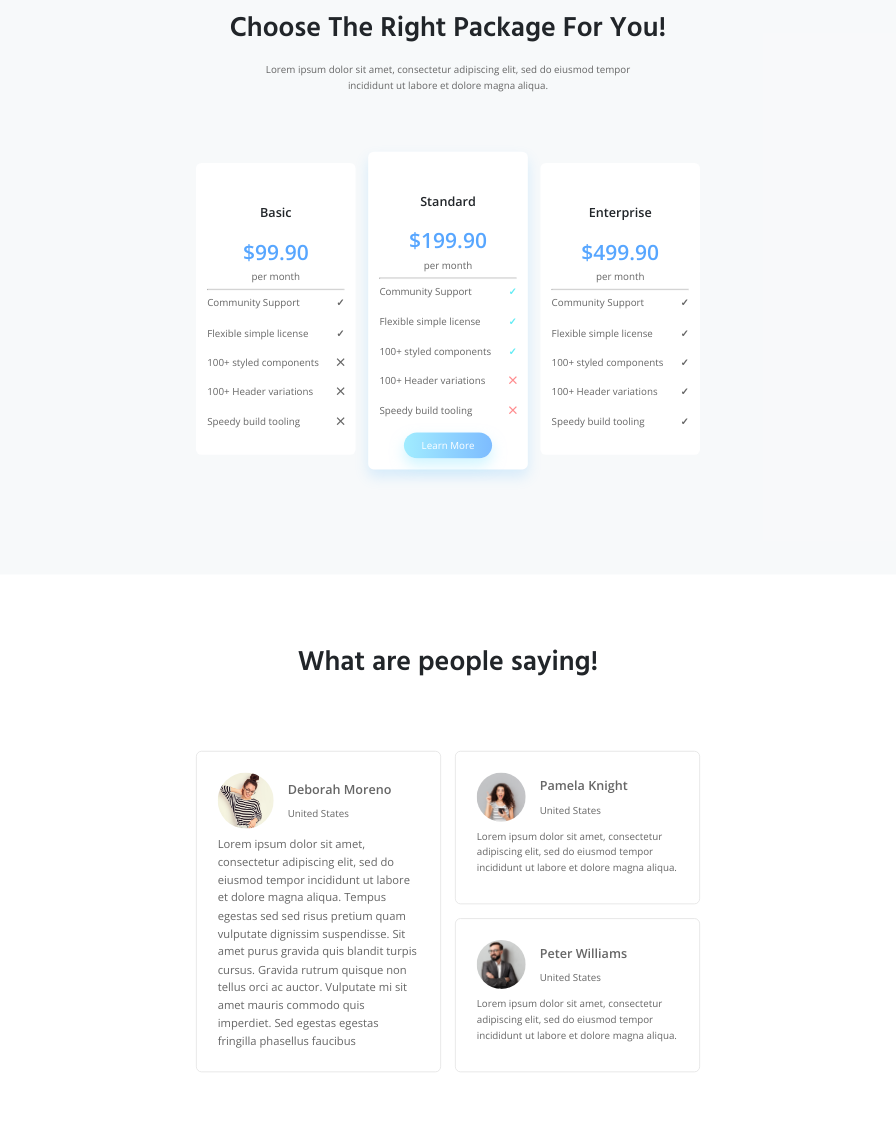
Repository: Sc-Juju/CodeRad
Page: index.html
An editor plug-in stored every save of this project. The page is shown before and after the next save, followed by the edit.
The browser window is 1280 px wide. The pictures show the part of the page from y = 2494 to 4414 px (the page is 4126 px tall before and 4414 px after), at 70% of full size.

Above is the page before, as saved 2022-11-11 21:59:22.

After the next save:
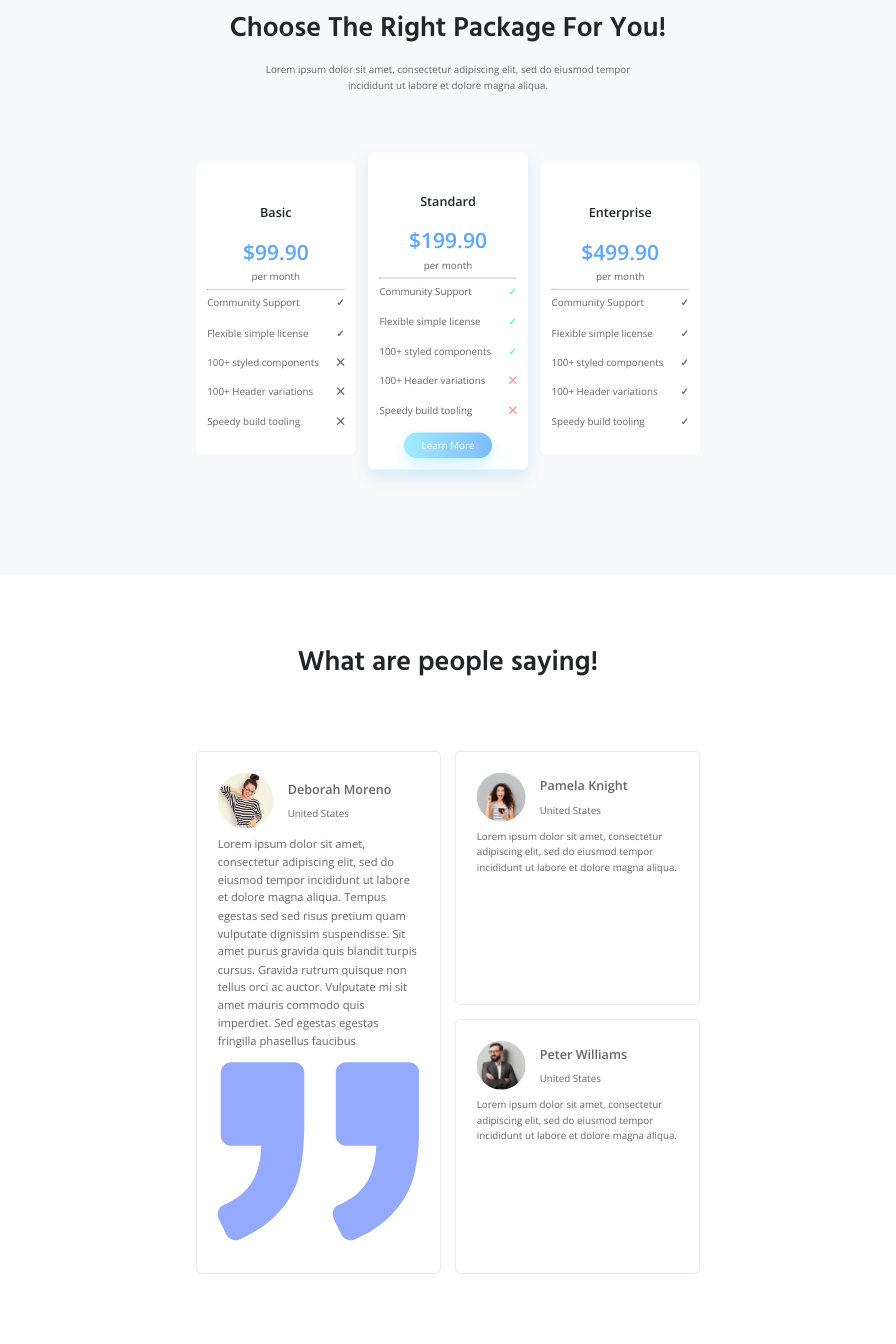
Saved 1 s later.
--- a/index.html
+++ b/index.html
@@ -323,6 +323,13 @@
 							Vulputate mi sit amet mauris commodo quis imperdiet.
 							Sed egestas egestas fringilla phasellus faucibus
 						</p>
+						<span>
+							<img
+								src="./CodeRad-assets/quote-colored.svg"
+								alt="quote"
+								class="quote"
+							/>
+						</span>
 					</div>
 				</div>
 
